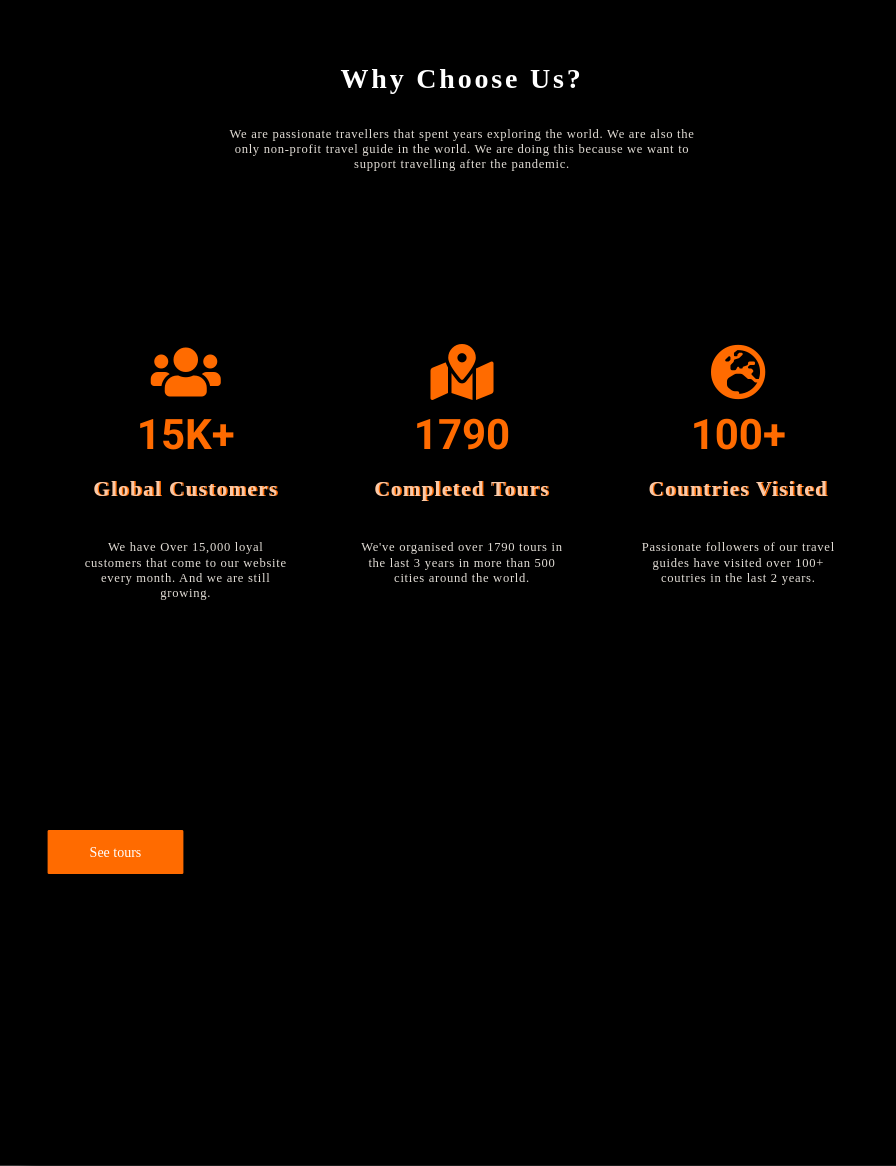
Repository: Hunga9k50doker/wildver-travel
Page: src/index.html
These files come from the project's save history. The page is drawn as it stood at one moment and after a run of saves; the edit follows.
The browser window is 1280 px wide. The pictures show the part of the page from y = 4544 to 6464 px (the page is 6209 px tall before and 6464 px after), at 70% of full size.
Some web fonts or font styles are not loaded; a fallback is used. The style sheet was rebuilt from its Sass, Less or Tailwind sources for each picture, by a compiler version that may differ from the author's.

Above is the page before, as saved 2021-08-27 21:33:38.

After the next 2 saves:
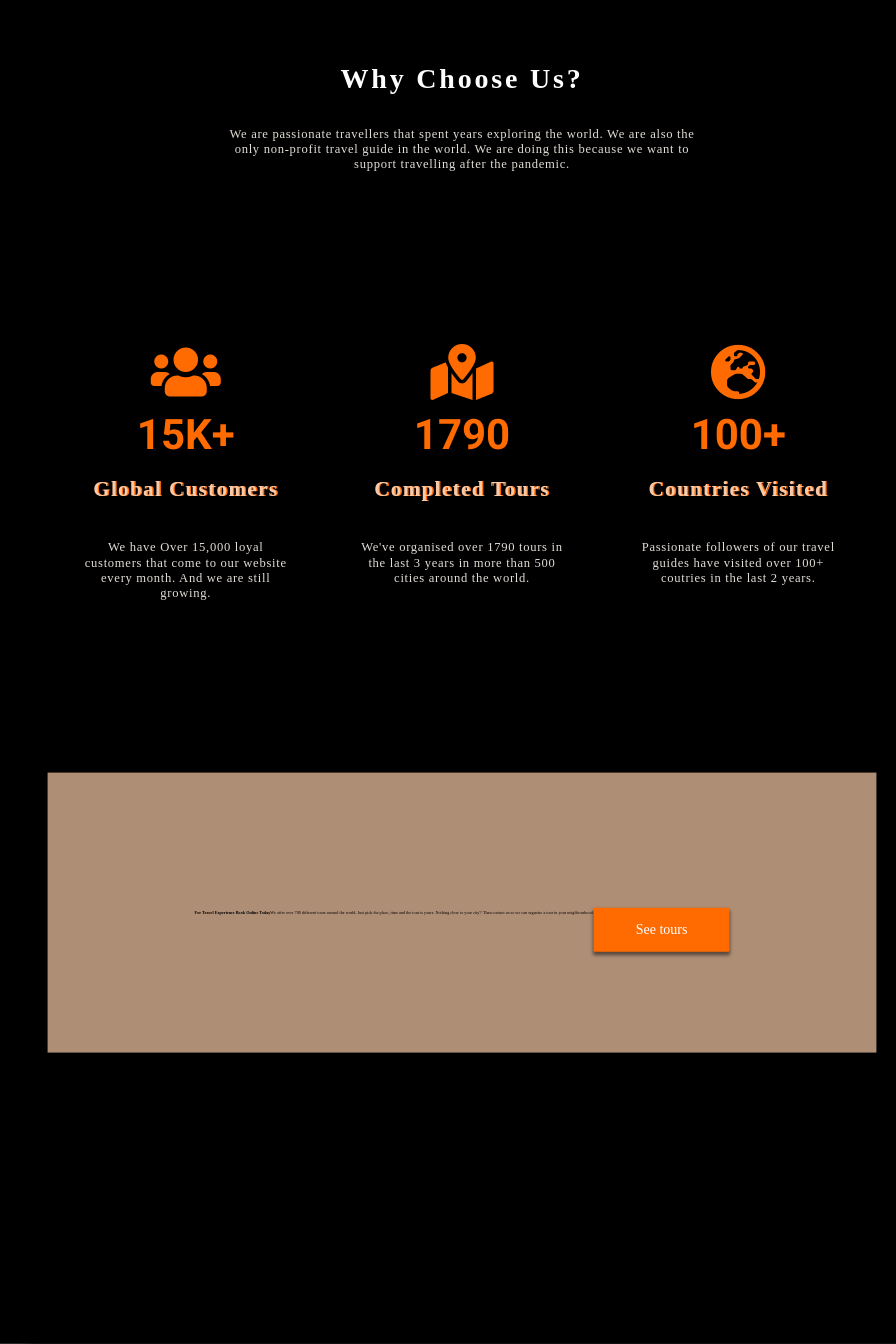
The 2 saves are shown as one change because they came seconds apart.
The last was saved 18 s later.
--- a/src/resources/scss/container.scss
+++ b/src/resources/scss/container.scss
@@ -201,7 +201,16 @@ $mode: cubic-bezier(0.17, 0.67, 0.55, 1.43);
                 }
             }
 
-
+            &-visit-tours{
+                height:40rem;
+                width: 100%;
+                display:flex;
+                align-items:center;
+                justify-content: center;
+                text-align: center;
+                background: rgba($waxen-color,0.7);
+
+            }
         }
     }
 
